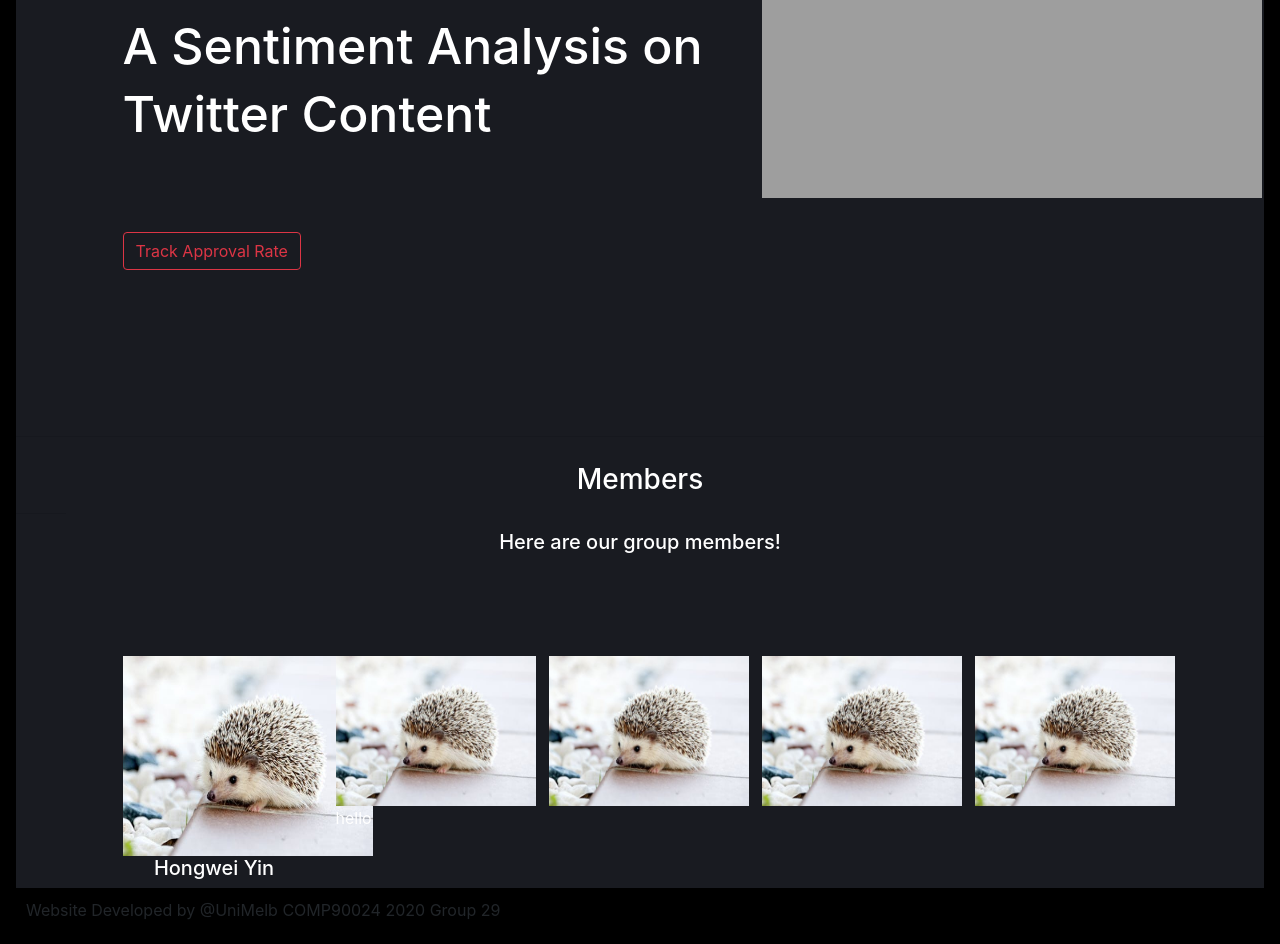
Repository: gusyi/COMP90024_Team29
Page: frontend/templates/frontend/home.html
These files come from the project's save history. The page is drawn as it stood at one moment and after the next save; the edit follows.
The browser window is 1280 px wide. The pictures show the part of the page from y = 481 to 1433 px (the page is 1425 px tall before and 1433 px after).
Pictures or frames that could not be fetched are drawn as grey boxes. Some web libraries are served in a nearby version. The template is drawn by Django 3.2. The application's start-up code is not run. The template is opened directly, without the code that normally fills it, so the values that code supplies are empty.

Above is the page before, as saved 2020-05-25 23:37:59.

After the next save:
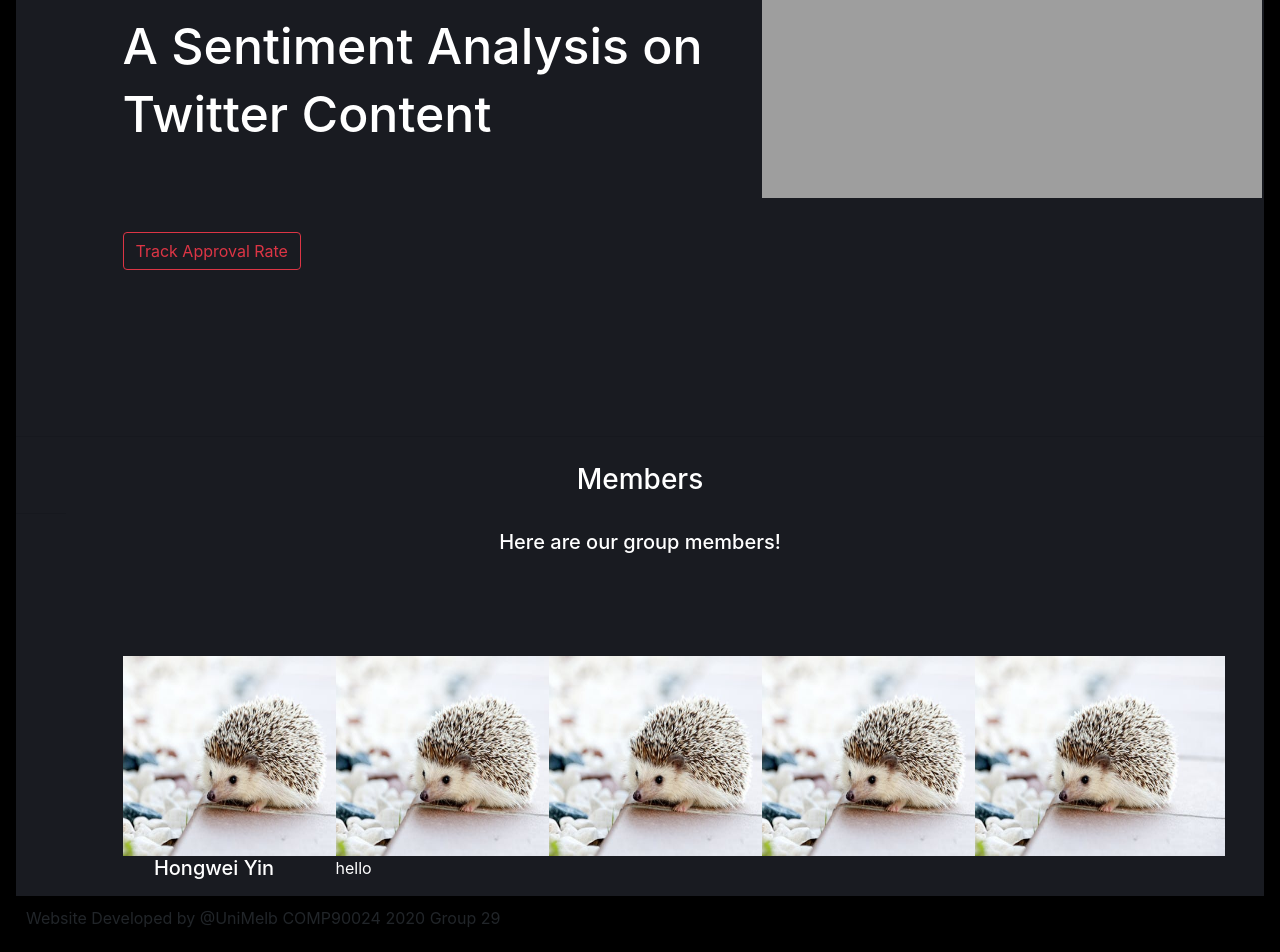
Saved 24 s later.
--- a/backend/frontend/templates/frontend/home.html
+++ b/backend/frontend/templates/frontend/home.html
@@ -58,7 +58,7 @@
         <div class="col-sm-2">
             <div style="height: 50px"></div>
             {% load static %}
-            <img src="{% static 'frontend/images/pic1.jpeg' %}" width="200" height="150"/>
+            <img src="{% static 'frontend/images/pic1.jpeg' %}" width="250" height="200"/>
             <p style="color:white;"> hello</p>
 
 
@@ -67,7 +67,7 @@
         <div class="col-sm-2">
             <div style="height: 50px"></div>
             {% load static %}
-            <img src="{% static 'frontend/images/pic1.jpeg' %}" width="200" height="150"/>
+            <img src="{% static 'frontend/images/pic1.jpeg' %}" width="250" height="200"/>
 
 
         </div>
@@ -75,7 +75,7 @@
         <div class="col-sm-2">
             <div style="height: 50px"></div>
             {% load static %}
-            <img src="{% static 'frontend/images/pic1.jpeg' %}" width="200" height="150"/>
+            <img src="{% static 'frontend/images/pic1.jpeg' %}" width="250" height="200"/>
 
 
         </div>
@@ -83,7 +83,7 @@
         <div class="col-sm-2">
             <div style="height: 50px"></div>
             {% load static %}
-            <img src="{% static 'frontend/images/pic1.jpeg' %}" width="200" height="150"/>
+            <img src="{% static 'frontend/images/pic1.jpeg' %}" width="250" height="200"/>
 
 
         </div>
